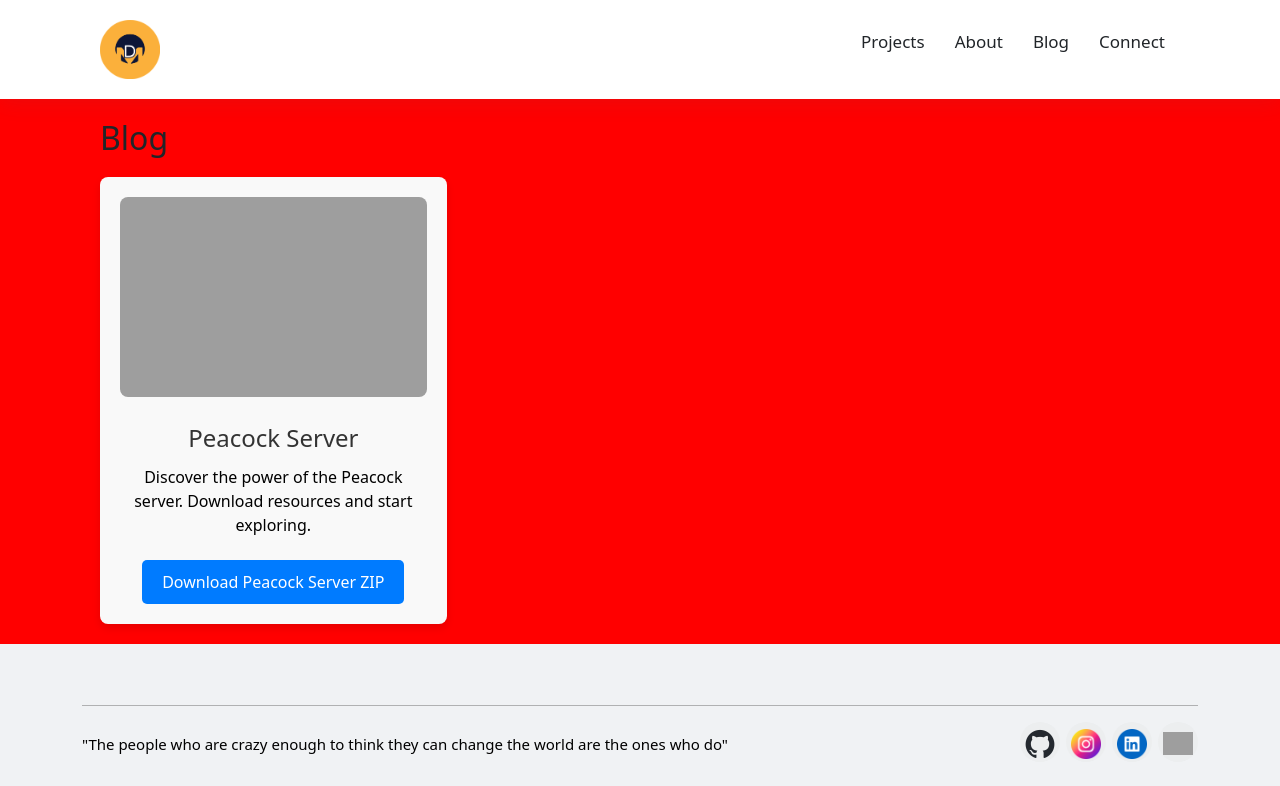
Repository: kaizoku010/firebrand
Page: /blog
The author's editor kept a copy of each file at every save. The page is drawn from the files as they stood at one save, then again after the next save.
The browser window is 1280 px wide. The pictures show the whole page.
Pictures or frames that could not be fetched are drawn as grey boxes. The project was rebuilt for these pictures with package versions that can differ from the ones it lists, and the page was loaded fresh each time. Also part of the build but not shown: vite.config.js, src/update/homescreen.js, src/update/about.css, src/components/chips.css, src/components/chips.js, src/update/about.js, src/dataPoint/AllProjects.js, src/update/appsPage.js and 2 more.

Above is the page before, as saved 2024-11-11 11:53:56.

After the next save:
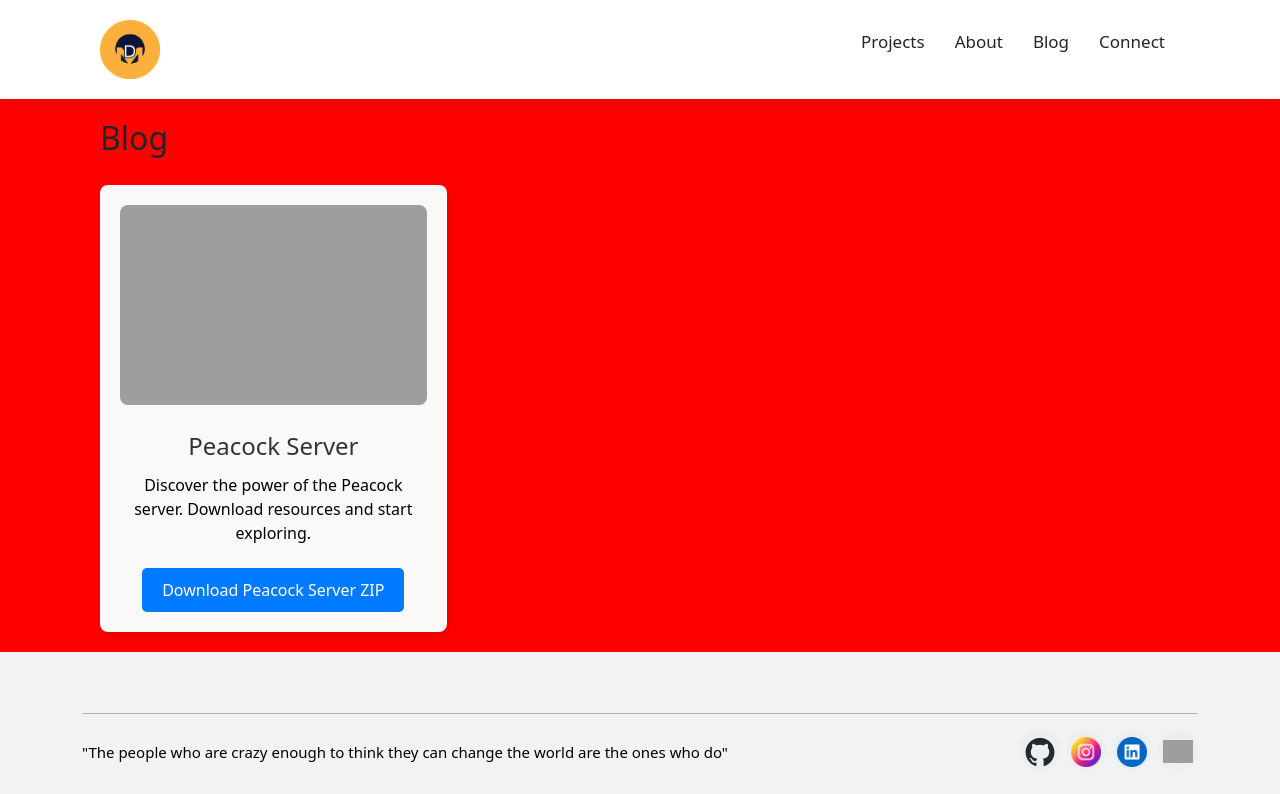
Saved 5 s later.
--- a/src/update/blog.css
+++ b/src/update/blog.css
@@ -20,7 +20,7 @@ height:100vh;
     display: grid;
     grid-template-columns: repeat(3, 1fr);
     gap: 20px;
-padding-top: 12px;
+padding-top: 20px;
 }
 
   .blog-item {
